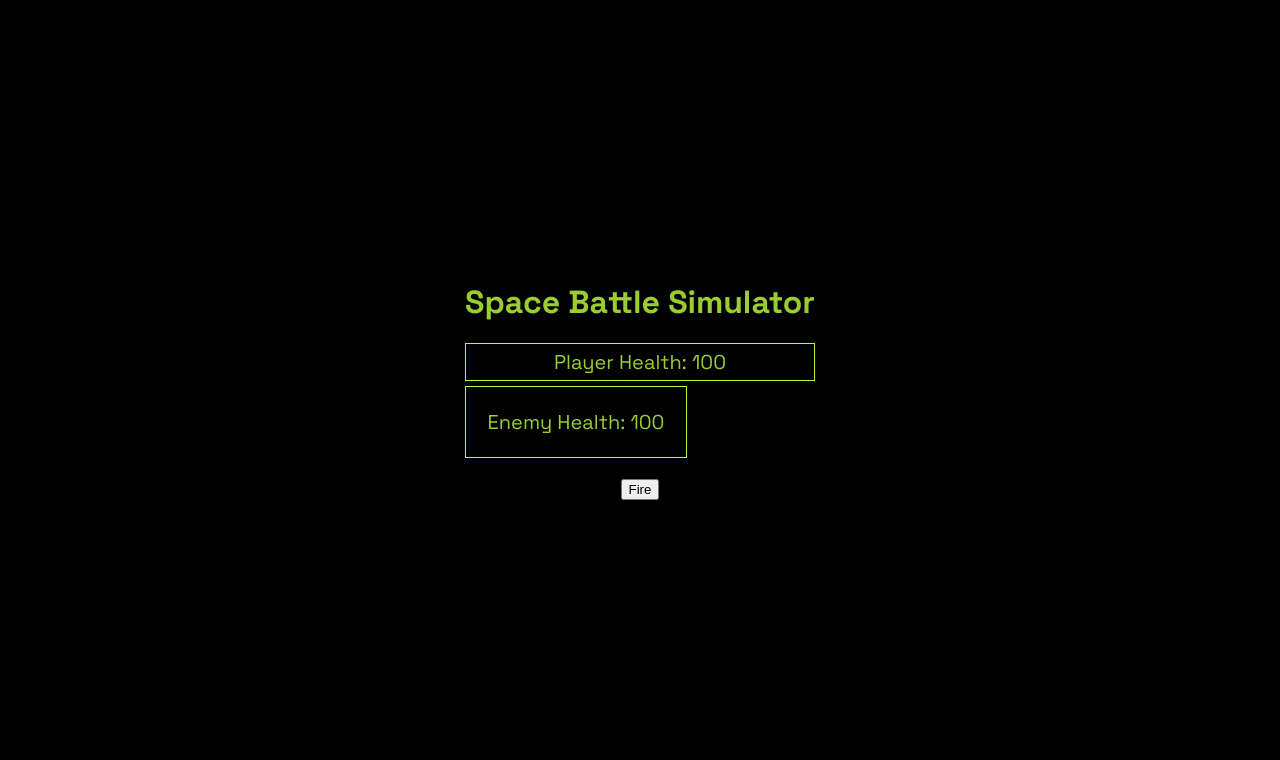
Repository: rmdayberry/Space-Battle
Page: /
The author's editor kept a copy of each file at every save. The page is drawn from the files as they stood at one save, then again after the next save.
The browser window is 1280 px wide. The pictures show the whole page.
The project was rebuilt for these pictures with package versions that can differ from the ones it lists, and the page was loaded fresh each time. Also part of the build but not shown: vite.config.js, src/App.css.

Above is the page before, as saved 2024-08-24 10:54:33.

### index.html
<!DOCTYPE html>
<html lang="en">
  <head>
    <meta charset="UTF-8" />
    <link rel="icon" type="image/svg+xml" href="/vite.svg" />
    <meta name="viewport" content="width=device-width, initial-scale=1.0" />
    <title>Space Battle</title>
  </head>
  <body>
    <div id="root"></div>
    <script type="module" src="/src/main.jsx"></script>
  </body>
</html>

### src/App.jsx
import { useState } from "react";
import "./App.css";
import "./index.css";
import Health from "./Health";
import GameController from "./GameController";

function App() {
  const [playerHealth, setPlayerHealth] = useState(100);
  const [enemyHealth, setEnemyHealth] = useState(100);
  const [gameStatus, setGameStatus] = useState("playing");

  const handleFire = (playerDamage, enemyDamage) => {
    const newPlayerHealth = Math.max(playerHealth - playerDamage, 0);
    const newEnemyHealth = Math.max(enemyHealth - enemyDamage, 0);

    setPlayerHealth(newPlayerHealth);
    setEnemyHealth(newEnemyHealth);

    if (newPlayerHealth === 0 && newEnemyHealth === 0) {
      setGameStatus("draw");
    } else if (newPlayerHealth === 0) {
      setGameStatus("loss");
    } else if (newEnemyHealth === 0) {
      setGameStatus("win");
    }
  };

  const handleRestart = () => {
    setPlayerHealth(100);
    setEnemyHealth(100);
    setGameStatus("playing");
  };
  return (
    <div>
      <h1>Space Battle Simulator</h1>
      <Health playerHealth={playerHealth} enemyHealth={enemyHealth} />
      <GameController
        gameStatus={gameStatus}
        onFire={handleFire}
        onRestart={handleRestart}
      />
    </div>
  );
}

export default App;

### src/index.css
@import url("https://fonts.googleapis.com/css2?family=Space+Grotesk:wght@300..700&display=swap");

body {
  background-color: black;
  font-family: "Space Grotesk", sans-serif;
  color: yellowgreen;
  margin: 0;
  padding: 20px;
  display: flex;
  justify-content: center;
  align-items: center;
  height: 100vh;
}

#root {
  text-align: center;
}

### src/Health.jsx
import React from "react";
import "./Health.css";

function Health({ playerHealth, enemyHealth }) {
  return (
    <div className="health-display">
      <p className="player-health">Player Health: {playerHealth}</p>
      <p className="enemy-health">Enemy Health: {enemyHealth}</p>
    </div>
  );
}

export default Health;

### src/GameController.jsx
import React from "react";

function GameController({ gameStatus, onFire, onRestart }) {
  const handleFireClick = () => {
    const playerDamage = Math.floor(Math.random() * 10) + 1;
    const enemyDamage = Math.floor(Math.random() * 10) + 1;

    onFire(playerDamage, enemyDamage);
  };
  return (
    <div>
      {gameStatus === "playing" && (
        <button onClick={handleFireClick}>Fire</button>
      )}
      {gameStatus !== "playing" && <button onClick={onRestart}>Restart</button>}
      {gameStatus !== "playing" && <p>{gameStatus.toUpperCase()}!</p>}
    </div>
  );
}

export default GameController;

### src/Health.css
.health-display {
  margin: 20px 0;
}
.health-display p {
  font-size: 20px;
  margin: 5px 0;
}
.player-health {
  border: 1px solid greenyellow;
  padding: 5px;
  margin: 5px;
}
.enemy-health {
  border: 1px solid greenyellow;
  padding: 10px;
  width: 200px;
  height: 50px;
  display: flex;
  align-items: center;
  justify-content: center;
  font-size: 20px;
  text-align: left;
}

Loaded but not shown: src/main.jsx (common file)

After the next save:
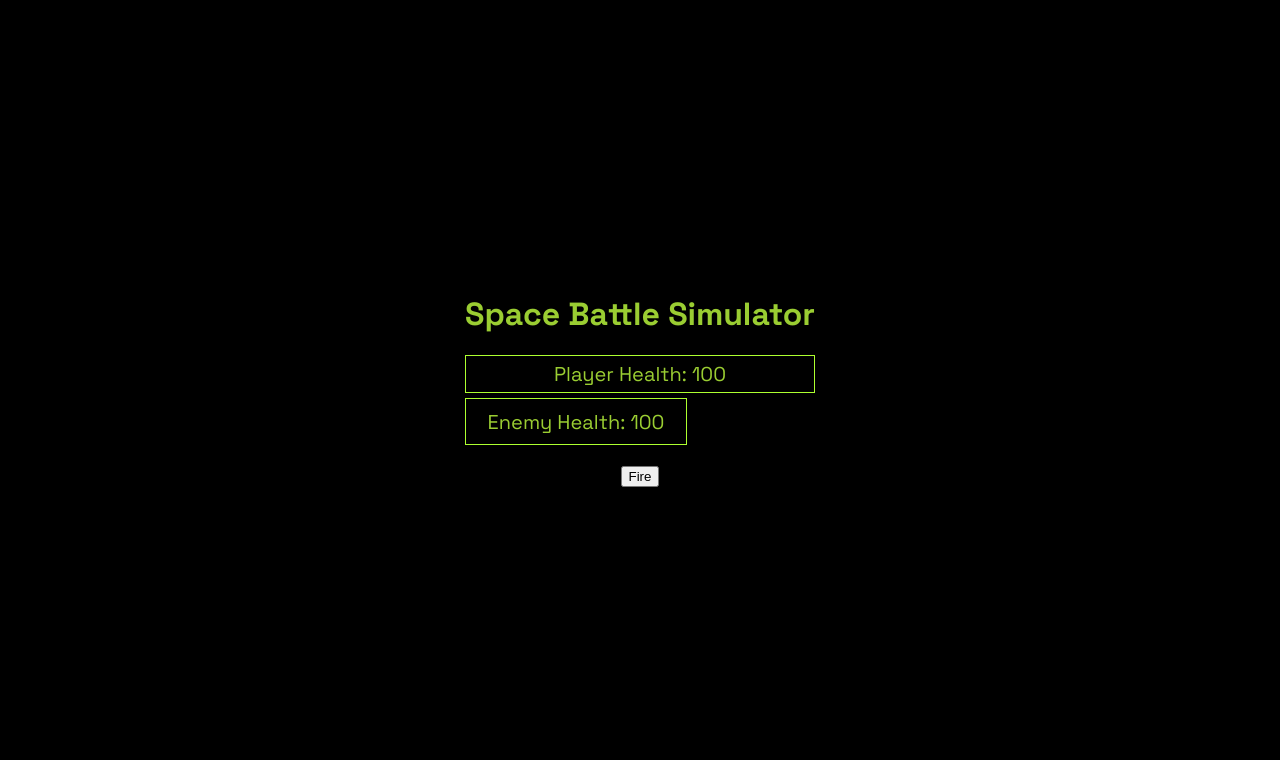
Saved 10 s later.
--- a/src/Health.css
+++ b/src/Health.css
@@ -14,7 +14,7 @@
   border: 1px solid greenyellow;
   padding: 10px;
   width: 200px;
-  height: 50px;
+  height: 25px;
   display: flex;
   align-items: center;
   justify-content: center;
